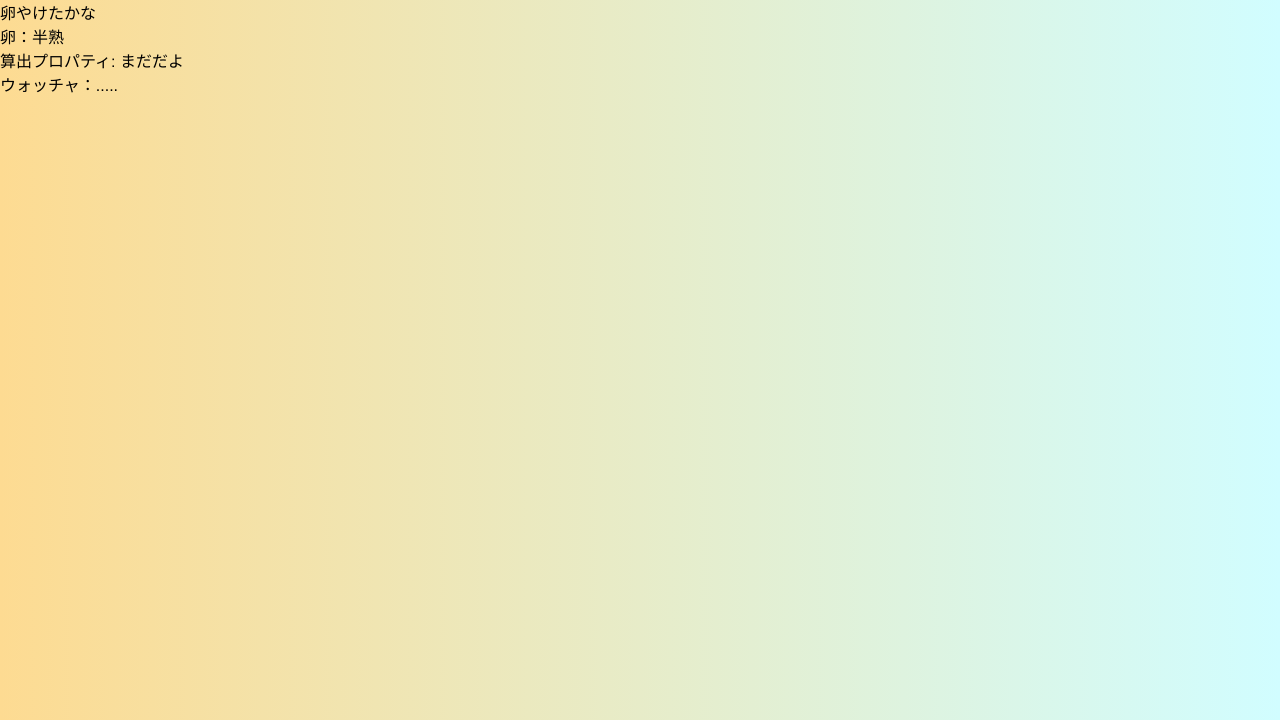
Repository: kawakami-masachika/js_test
Page: index.html
An editor plug-in stored every save of this project. The page is shown before and after a run of saves, followed by the edit.
The browser window is 1280 px wide. The pictures show the whole page.

Above is the page before, as saved 2021-04-17 10:09:35.

### index.html
<!DOCTYPE html>
<html lang="ja">
<head>
  <meta charset="UTF-8">
  <meta http-equiv="X-UA-Compatible" content="IE=edge">
  <meta name="viewport" content="width=device-width, initial-scale=1.0">
  <script src="https://cdn.jsdelivr.net/npm/vue@2/dist/vue.js"></script>
  <link rel="stylesheet" href="index.css">
  <title>TO DO LIST APP</title>
</head>
<body>
  <div id="app">
    <p>卵やけたかな</p>
    <div>卵：{{egg_status}}</div>
    <div>算出プロパティ: {{checkEgg}}</div>
    <p>ウォッチャ：{{message}}</p>

    <ul v-for="item in render_list"></ul>

  </div>
  <script src="index.js"></script>
</body>
</html>

### index.css
*{
  margin: 0;
  padding: 0;
}

body{
  background-image: linear-gradient(90deg, #fddb92 0%, #d1fdff 100%);
  font-family: "Helvetica Neue",
    Arial,
    "Hiragino Kaku Gothic ProN",
    "Hiragino Sans",
    Meiryo,
    sans-serif;
}

### index.js
var app =  new Vue({
  el: "#app",
  data: {
    egg_status: "半熟",
    message: ".....",
    render_list: [
      {id: 1, category: "カテゴリー1"},
      {id: 2, category: "カテゴリー2"},
      {id: 3, category: "カテゴリー3"},
    ]
  },
  computed: {
    checkEgg: function(){
      if(this.egg_status == '完熟'){
        return '焼けたよ';
      }else{
        return 'まだだよ'
      }
    }
  },
  watch: {
    egg_status: function(){
      var vm = this;
      setTimeout(function(){
        vm.message = '変更完了'
      }, 3000);
    }
  }
})

After the next 2 saves:
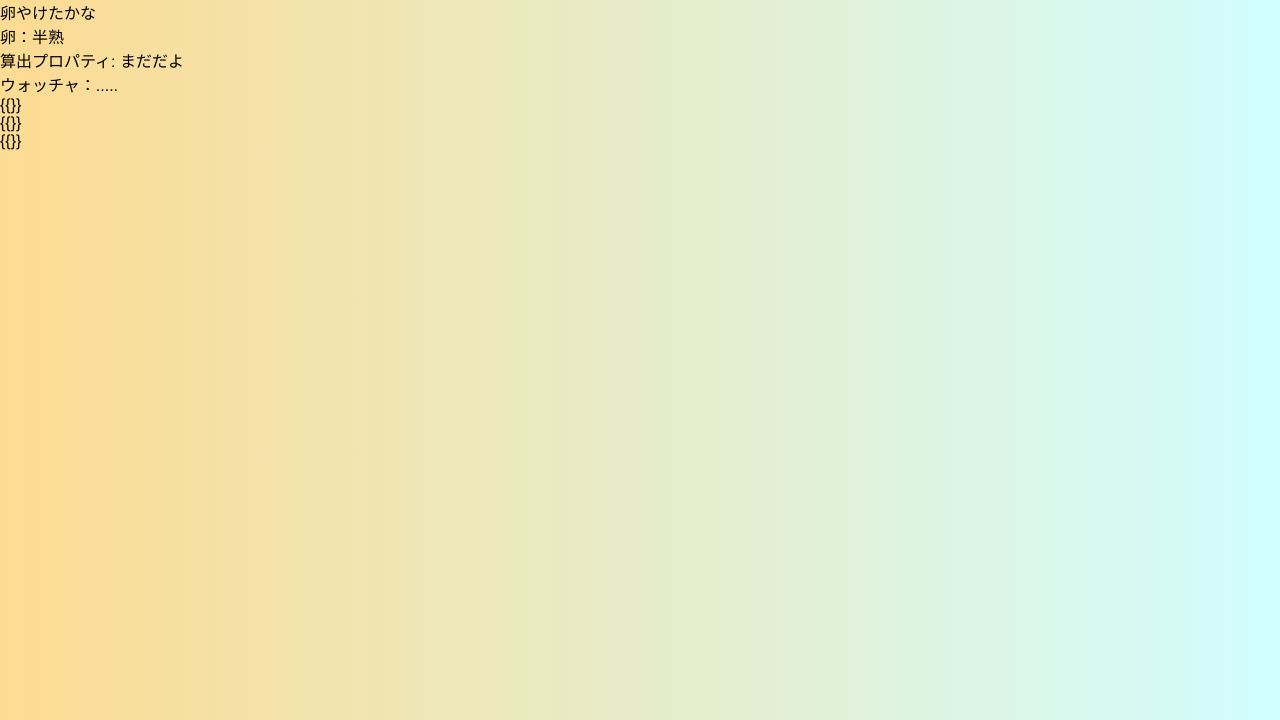
The 2 saves are shown as one change because they came seconds apart.
The last was saved 6 s later.
--- a/index.html
+++ b/index.html
@@ -15,7 +15,9 @@
     <div>算出プロパティ: {{checkEgg}}</div>
     <p>ウォッチャ：{{message}}</p>
 
-    <ul v-for="item in render_list"></ul>
+    <ul v-for="item in render_list">
+      <li>{{}}</li>
+    </ul>
 
   </div>
   <script src="index.js"></script>
